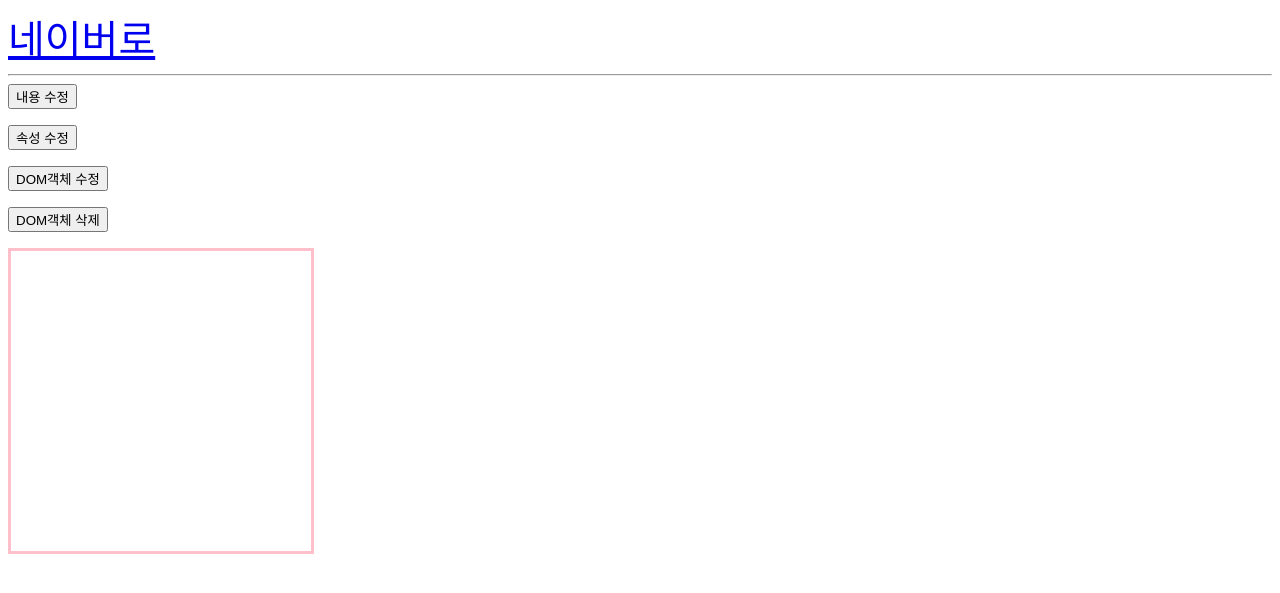
Repository: AgentHyun/FishDalle3
Page: Feb14_1_jQuery/WebContent/1_DOM.html
An editor plug-in stored every save of this project. The page is shown before and after the next save, followed by the edit.
The browser window is 1280 px wide. The pictures show the whole page.
After loading, the first visible `#b1` was clicked once.

Above is the page before, as saved 2025-02-14 00:29:42.

### Feb14_1_jQuery/WebContent/1_DOM.html
<!DOCTYPE html>
<html>
<head>
<meta charset="UTF-8">
<title>Insert title here</title>
<style type = "text/css">
 .t2{font-size : 30pt;}
 #t{background-color:pink; color : lightblue;}
 div {border : pink solid 3px; width : 300px; height : 300px;}

</style>
<script type = "text/javascript" src = "jQuery.js"></script>
<script type = "text/javascript">
$(function(){

	$("#b1").click(function()

	{
		alert('asdf');
	}
	)

alert("하이");


});




</script>
</head>
<body>

<a href = "https://www.naver.com" class = "t2">네이버로</a>
<hr>
<button id = "b1">내용 수정</button> <p>
<button id = "b2">속성 수정</button> <p>
<button id = "b3">DOM객체 수정</button> <p>
<button id = "b4">DOM객체 삭제</button> <p>
<div>

</div>

</body>
</html>

Loaded but not shown: Feb14_1_jQuery/WebContent/jQuery.js (library)

After the next save:
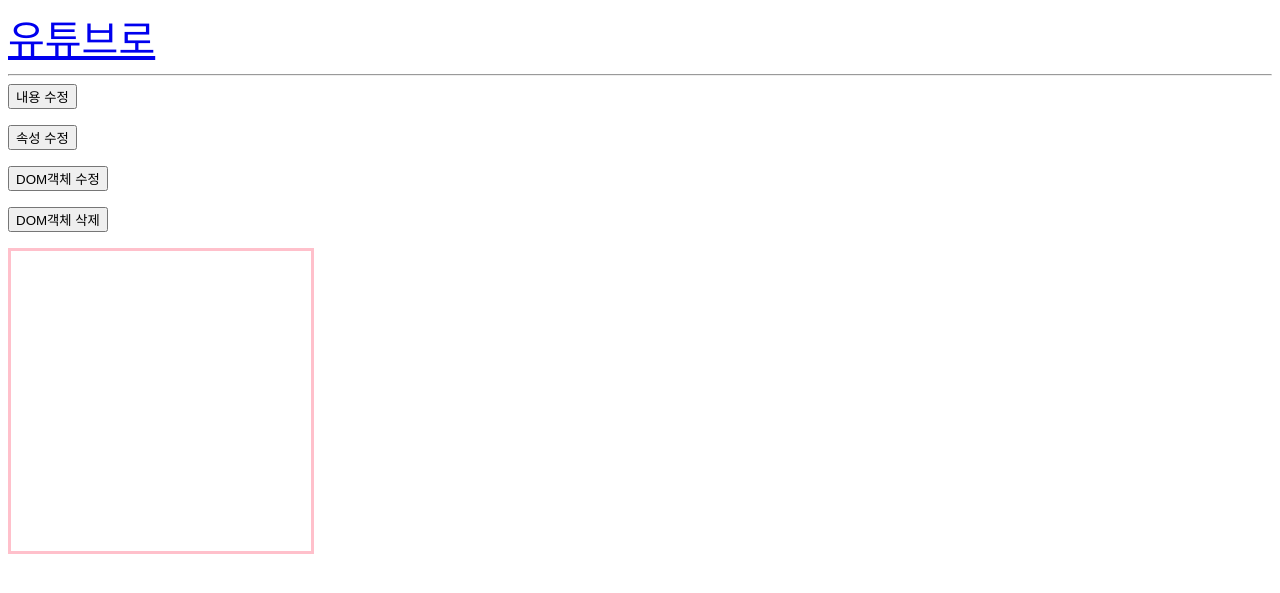
Saved 100 s later.
--- a/Feb14_1_jQuery/WebContent/1_DOM.html
+++ b/Feb14_1_jQuery/WebContent/1_DOM.html
@@ -14,9 +14,12 @@
 $(function(){
 
 	$("#b1").click(function()
+			{
+		alert('asdf');
+		$("a").text("유튜브로");
 
-	{
-		alert('asdf');
+
+
 	}
 	)
 
